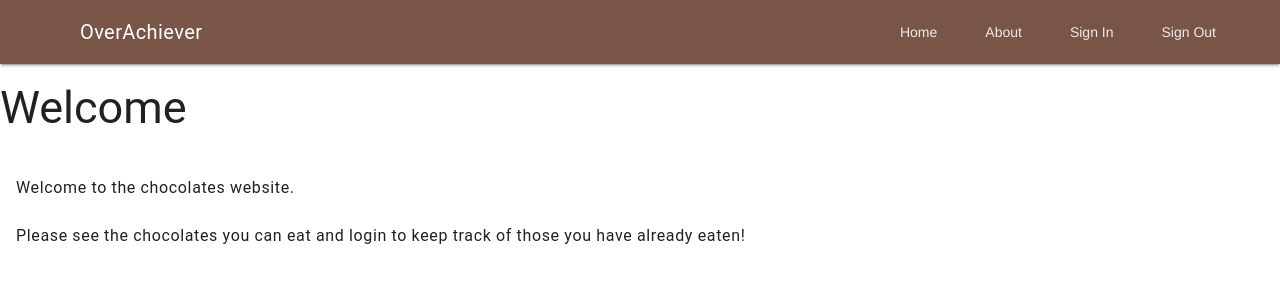
Repository: MotherTeresaHS/ICS3U-2019-Group16
Page: m_home.html
The author's editor kept a record of every edit. The page is drawn from the files as they stood at one moment, then again after the next edit.
The browser window is 1280 px wide. The pictures show the whole page.

Above is the page before.

### m_home.html
<!DOCTYPE html>
<html>
  <head>
    <meta charset="UTF-8">
    <meta name="description" content="AWS Serverless Web App tutorial">
    <meta name="keywords" content="HTML,CSS,XML,JavaScript">
    <meta name="author" content="Trinity Armstrong">
    <meta name="date" content="Jan 2020">
    <meta name="viewport" content="width=device-width, initial-scale=1.0">

    <!--Google's MDL-->
    <link rel="stylesheet" href="https://fonts.googleapis.com/icon?family=Material+Icons">
    <link rel="stylesheet" href="https://code.getmdl.io/1.3.0/material.brown-indigo.min.css" />
    <script defer src="https://code.getmdl.io/1.3.0/material.min.js"></script>

    <title>OverAchiever</title>
  </head>

  <body>
    <!-- Always shows a header, even in smaller screens. -->
    <div class="mdl-layout mdl-js-layout mdl-layout--fixed-header">
      <header class="mdl-layout__header">
        <div class="mdl-layout__header-row">
          <!-- Title -->
          <span class="mdl-layout-title">OverAchiever</span>
          <!-- Add spacer, to align navigation to the right -->
          <div class="mdl-layout-spacer"></div>
          <!-- Navigation. We hide it in small screens. -->
          <nav class="mdl-navigation mdl-layout--large-screen-only">
            <a class="mdl-navigation__link" href="./index.html">Home</a>
            <a class="mdl-navigation__link" href="./about.html">About</a>
            <a class="mdl-navigation__link" href="./sign-in.html">Sign In</a>
            <a class="mdl-navigation__link" href="./sign-out.html">Sign Out</a>
          </nav>
        </div>
      </header>
      <div class="mdl-layout__drawer">
        <span class="mdl-layout-title">OverAchiever</span>
        <nav class="mdl-navigation">
          <a class="mdl-navigation__link" href="./index.html">Home</a>
          <a class="mdl-navigation__link" href="./about.html">About</a>
          <a class="mdl-navigation__link" href="./sign-in.html">Sign In</a>
          <a class="mdl-navigation__link" href="./sign-out.html">Sign Out</a>
        </nav>
      </div>
      <main class="mdl-layout__content">
        <div class="page-content"><!-- Your content goes here --></div>
      </main>
    </div>

    <!--Get below the nav menu at the top-->
    <br><br><br>

		<div class="container">
      <div>
        <h2>Welcome</h2>
        <div id='home'>
          <p></p>
        </div>
      </div>
		</div>

		<div class="container">
		  <ul class="demo-list-item mdl-list">
        <li class="mdl-list__item">
          <span class="mdl-list__item-primary-content">
            Welcome to the chocolates website.
          </span>
        </li>
        <li class="mdl-list__item">
          <span class="mdl-list__item-primary-content">
            Please see the chocolates you can eat and login to keep track of those you have already eaten!
          </span>
        </li>
      </ul>
    </div>

  </body>

</html>

After the next edit:
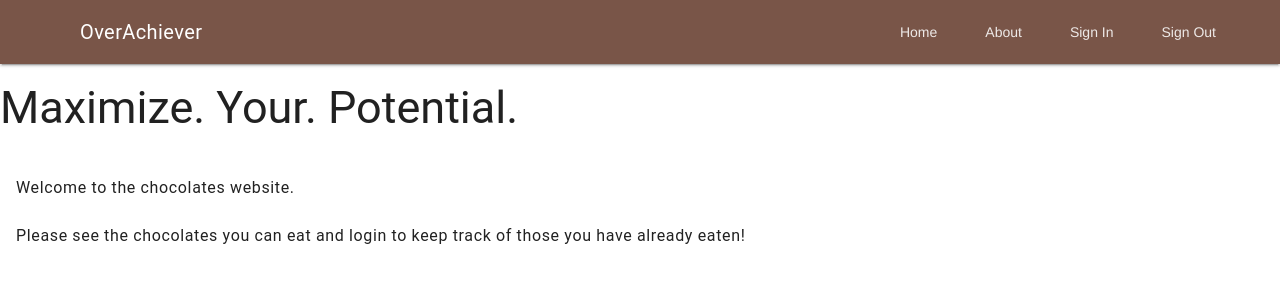
The edit:
--- a/m_home.html
+++ b/m_home.html
@@ -53,7 +53,7 @@
 
 		<div class="container">
       <div>
-        <h2>Welcome</h2>
+        <h2>Maximize. Your. Potential.</h2>
         <div id='home'>
           <p></p>
         </div>
